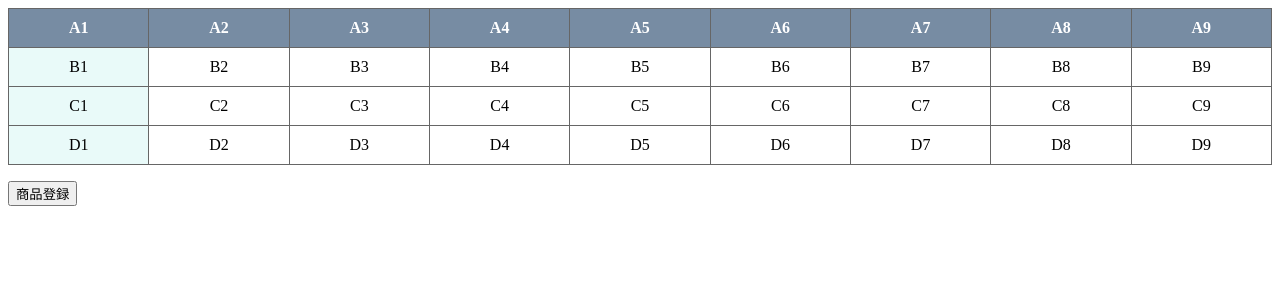
Repository: terasaki-yoshiaki/java-task4
Page: http://localhost/InventoryList
The author's editor kept a copy of each file at every save. The page is drawn from the files as they stood at one save, then again after the next save.
The browser window is 1280 px wide. The pictures show the whole page.
The page is this project's Thymeleaf template; nobody is signed in. The template is opened directly, without the code that normally fills it, so the values that code supplies are empty.

Above is the page before, as saved 2024-08-29 09:23:58.

### Inventory/src/main/resources/templates/InventoryList.html
<!DOCTYPE html>
<html>
<head>
<meta charset="UTF-8">
<title>帳簿</title>
<style>
	.design08 {
		 width: 100%;
		 text-align: center;
		 border-collapse: collapse;
		 border-spacing: 0;
		}
		.design08 th {
		 padding: 10px;
		 background: #778ca3;
		 border: solid 1px #666666;
		 color: #ffffff;
		}
		.design08 td {
		 padding: 10px;
		 border: solid 1px #666666;
		}
		.design08 td:first-child {
		 background: #e9faf9;
		}
	</style>
	</head>
<body>
	<table class="design08">
	 <tr>
	  <th>A1</th>
	  <th>A2</th>
	  <th>A3</th>
	  <th>A4</th>
	  <th>A5</th>
	  <th>A6</th>
	  <th>A7</th>
	  <th>A8</th>
	  <th>A9</th>
	  </tr>
	 <tr>
	  <td>B1</td>
	  <td>B2</td>
	  <td>B3</td>
	  <td>B4</td>
	  <td>B5</td>
	  <td>B6</td>
	  <td>B7</td>
	  <td>B8</td>
	  <td>B9</td>
	 </tr>
	 <tr>
	  <td>C1</td>
	  <td>C2</td>
	  <td>C3</td>
	  <td>C4</td>
	  <td>C5</td>
	  <td>C6</td>
	  <td>C7</td>
	  <td>C8</td>
	  <td>C9</td>
	 </tr>
	 <tr>
	  <td>D1</td>
	  <td>D2</td>
	  <td>D3</td>
	  <td>D4</td>
	  <td>D5</td>
	  <td>D6</td>
	  <td>D7</td>
	  <td>D8</td>
	  <td>D9</td>
	 </tr>
	</table>

	<p><input type="submit" id="b1" value="商品登録" onclick="check()" formaction="/create"></p>
	</body>
</html>

After the next save:
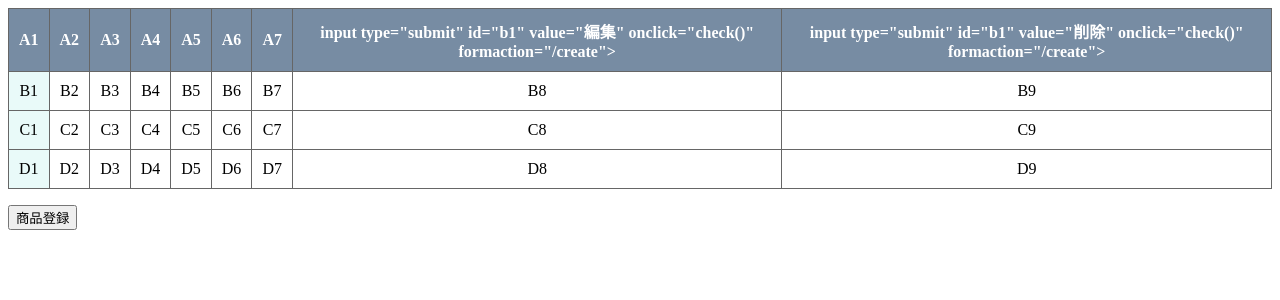
Saved 2 min 12 s later.
--- a/Inventory/src/main/resources/templates/InventoryList.html
+++ b/Inventory/src/main/resources/templates/InventoryList.html
@@ -35,8 +35,8 @@
 	  <th>A5</th>
 	  <th>A6</th>
 	  <th>A7</th>
-	  <th>A8</th>
-	  <th>A9</th>
+	  <th>input type="submit" id="b1" value="編集" onclick="check()" formaction="/create"></th>
+	  <th>input type="submit" id="b1" value="削除" onclick="check()" formaction="/create"></th>
 	  </tr>
 	 <tr>
 	  <td>B1</td>
